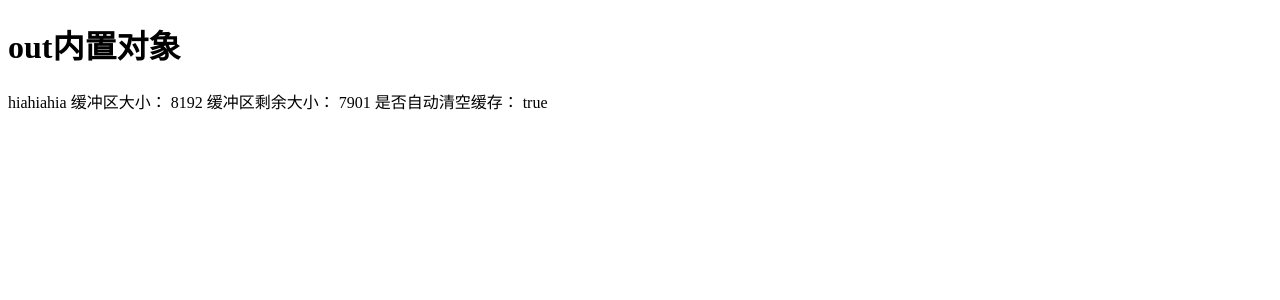
Repository: Zendq1998/jdbc
Page: http://localhost/webroot/out.jsp
These files come from the project's save history. The page is drawn as it stood at one moment and after the next save; the edit follows.
The browser window is 1280 px wide. The pictures show the whole page.
The page is served by Tomcat 9. Nobody is signed in. The application's start-up code is not run.

Above is the page before, as saved 2018-04-19 15:40:35.

After the next save:
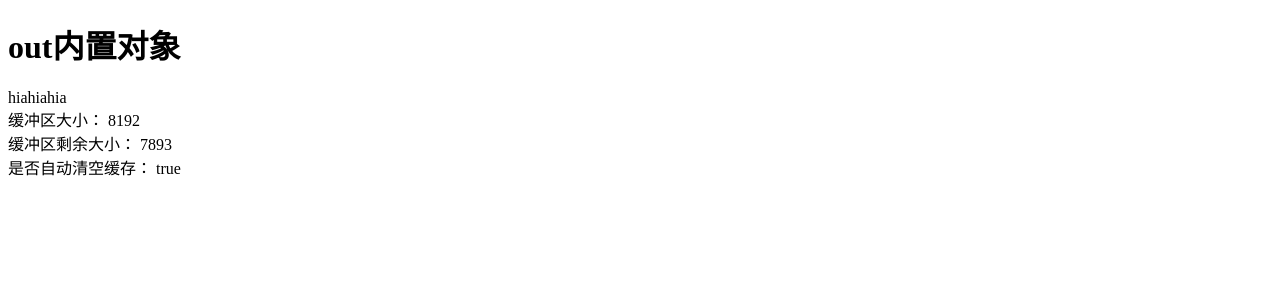
Saved 66 s later.
--- a/webroot/WebContent/out.jsp
+++ b/webroot/WebContent/out.jsp
@@ -9,15 +9,16 @@
 <body>
 	<h1>out内置对象</h1>
 	<%
-		out.println("hiahiahia");
+		out.println("hiahiahia<br>");
 	%>
 	缓冲区大小：
 	<%= out.getBufferSize() %>
-
+	<br>
 	缓冲区剩余大小：
 	<%= out.getRemaining() %>
-
+	<br>
 	是否自动清空缓存：
 	<%= out.isAutoFlush() %>
+	<br>
 </body>
 </html>
